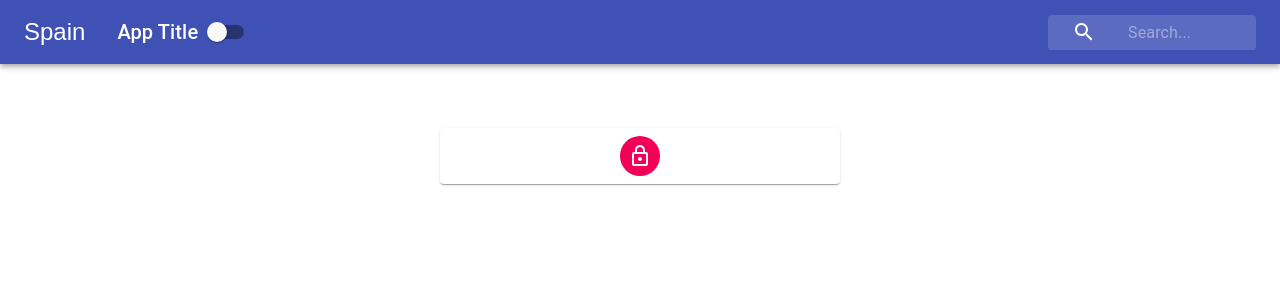
Repository: zhapar/context
Page: /
The author's editor kept a copy of each file at every save. The page is drawn from the files as they stood at one save, then again after the next save.
The browser window is 1280 px wide. The pictures show the whole page.
The project was rebuilt for these pictures with package versions that can differ from the ones it lists, and the page was loaded fresh each time.

Above is the page before, as saved 2020-09-29 08:18:45.

### src/App.js
import React from "react";
import Navbar from "./Navbar";
import Form from "./Form";

function App() {
  return (
    <>
      <Navbar />
      <Form />
    </>
  );
}

export default App;

### src/Navbar.js
import React, { Component } from "react";
import AppBar from "@material-ui/core/AppBar";
import Toolbar from "@material-ui/core/Toolbar";
import IconButton from "@material-ui/core/IconButton";
import Typography from "@material-ui/core/Typography";
import InputBase from "@material-ui/core/InputBase";
import SearchIcon from "@material-ui/icons/Search";
import Switch from "@material-ui/core/Switch";
import { withStyles } from "@material-ui/core/styles";
import styles from "./styles/NavBarStyles";

class Navbar extends Component {
  render() {
    const { classes } = this.props;
    return (
      <div className={classes.root}>
        <AppBar position="static" color="primary">
          <Toolbar>
            <IconButton className={classes.menuButton} color="inherit">
              <span>Spain</span>
            </IconButton>
            <Typography className={classes.title} variant="h6" color="inherit">
              App Title
            </Typography>
            <Switch />
            <div className={classes.grow}></div>
            <div className={classes.search}>
              <div className={classes.searchIcon}>
                <SearchIcon />
              </div>
              <InputBase
                placeholder="Search..."
                classes={{
                  root: classes.inputRoot,
                  input: classes.inputInput,
                }}
              />
            </div>
          </Toolbar>
        </AppBar>
      </div>
    );
  }
}

export default withStyles(styles)(Navbar);

### src/Form.js
import React, { Component } from "react";
import Avatar from "@material-ui/core/Avatar";
import Button from "@material-ui/core/Button";
import CssBaseline from "@material-ui/core/CssBaseline";
import FormControl from "@material-ui/core/FormControl";
import FormControlLabel from "@material-ui/core/FormControlLabel";
import Checkbox from "@material-ui/core/Checkbox";
import Input from "@material-ui/core/Input";
import InputLabel from "@material-ui/core/InputLabel";
import LockOutlinedIcon from "@material-ui/icons/LockOutlined";
import Paper from "@material-ui/core/Paper";
import Typography from "@material-ui/core/Typography";
import MenuItem from "@material-ui/core/MenuItem";
import Select from "@material-ui/core/Select";
import withStyles from "@material-ui/core/styles/withStyles";
import styles from "./styles/FormStyles";

class Form extends Component {
  render() {
    const { classes } = this.props;
    return (
      <main className={classes.main}>
        <Paper className={classes.paper}>
          <Avatar className={classes.avatar}>
            <LockOutlinedIcon />
          </Avatar>
        </Paper>
      </main>
    );
  }
}

export default withStyles(styles)(Form);

### src/styles/NavBarStyles.js
import { fade } from "@material-ui/core/styles/colorManipulator";

const styles = (theme) => ({
  root: {
    width: "100%",
    marginBottom: 0,
  },
  grow: {
    flexGrow: 1,
  },
  menuButton: {
    marginLeft: "-12px",
    marginRight: "20px",
  },
  title: {
    display: "none",
    [theme.breakpoints.up("sm")]: {
      display: "block",
    },
  },
  search: {
    position: "relative",
    borderRadius: theme.shape.borderRadius,
    backgroundColor: fade(theme.palette.common.white, 0.15),
    "&:hover": {
      backgroundColor: fade(theme.palette.common.white, 0.25),
    },
    marginLeft: 0,
    width: "100%",
    [theme.breakpoints.up("sm")]: {
      marginLeft: theme.spacing.unit,
      width: "auto",
    },
  },
  searchIcon: {
    width: theme.spacing.unit * 9,
    height: "100%",
    position: "absolute",
    display: "flex",
    alignItems: "center",
    justifyContent: "center",
  },
  inputRoot: {
    color: "inherit",
    width: "100%",
  },
  inputInput: {
    paddingTop: theme.spacing.unit,
    paddingRight: theme.spacing.unit,
    paddingBottom: theme.spacing.unit,
    paddingLeft: theme.spacing.unit * 10,
    transition: theme.transitions.create("width"),
    width: "100%",
    [theme.breakpoints.up("sm")]: {
      width: "120px",
      "&:focus": {
        width: "200px",
      },
    },
  },
});

export default styles;

### src/styles/FormStyles.js
const styles = (theme) => ({
  main: {
    width: "auto",
    display: "block",
    marginLeft: theme.spacing.unit * 3,
    marginRight: theme.spacing.unit * 3,
    [theme.breakpoints.up("md")]: {
      width: 400,
      marginLeft: "auto",
      marginRight: "auto",
    },
  },
  paper: {
    marginTop: theme.spacing.unit * 8,
    display: "flex",
    flexDirection: "column",
    alignItems: "center",
  },
  avatar: {
    margin: theme.spacing.unit,
    backgroundColor: theme.palette.secondary.main,
  },
});

export default styles;

Loaded but not shown: public/index.html (common file); src/index.js (common file); src/index.css (common file); src/serviceWorker.js (common file)

After the next save:
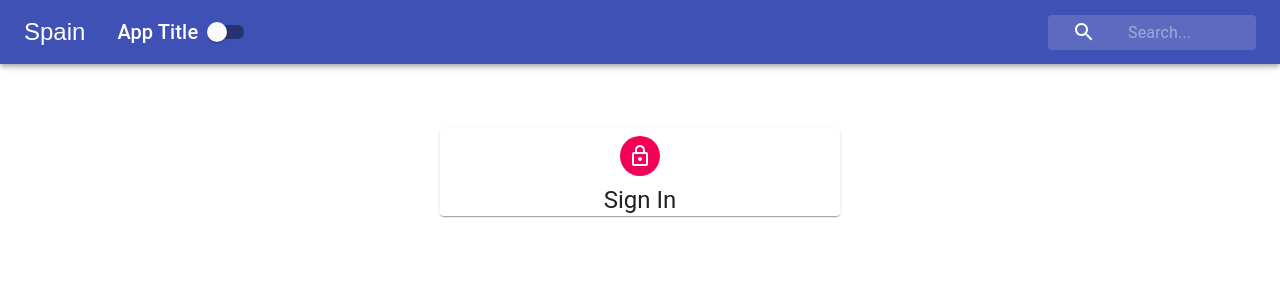
Saved 3 min 30 s later.
--- a/src/Form.js
+++ b/src/Form.js
@@ -24,6 +24,7 @@ class Form extends Component {
           <Avatar className={classes.avatar}>
             <LockOutlinedIcon />
           </Avatar>
+          <Typography variant="h5">Sign In</Typography>
         </Paper>
       </main>
     );
